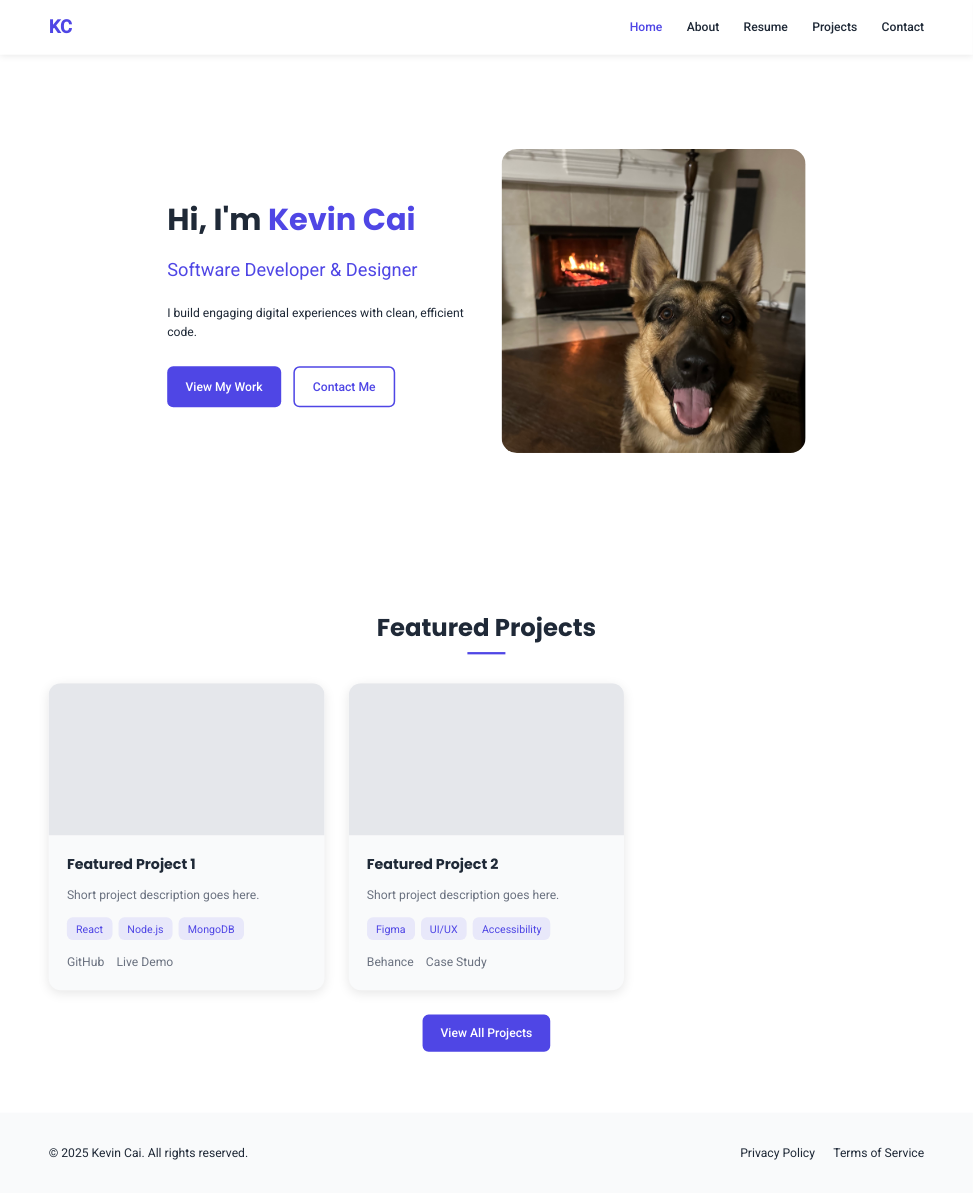
Repository: itskevbo/E-Portfolio
Page: index.html
The author's editor kept a copy of each file at every save. The page is drawn from the files as they stood at one save, then again after the next save.
The browser window is 1280 px wide. The pictures show the whole page, at 76% of full size.

Above is the page before, as saved 2025-04-22 21:36:57.

### index.html
<!DOCTYPE html>
<html lang="en">
<head>
    <meta charset="UTF-8">
    <meta name="viewport" content="width=device-width, initial-scale=1.0">
    <title>Kevin Cai | Home</title>
    <meta name="description" content="Professional portfolio showcasing my projects and skills">

    <!-- Favicon -->
    <link rel="icon" href="assets/images/favicon.ico">

    <!-- CSS -->
    <link rel="stylesheet" href="styles/main.css">

    <!-- Google Fonts (example) -->
    <link rel="preconnect" href="https://fonts.googleapis.com">
    <link rel="preconnect" href="https://fonts.gstatic.com" crossorigin>
    <link href="https://fonts.googleapis.com/css2?family=Poppins:wght@300;400;500;700&family=Roboto:wght@400;500&display=swap" rel="stylesheet">
</head>
<body>
    <!-- Header Component -->
    <header class="header" id="header">
        <div class="container">
            <div class="header__logo">
                <a href="index.html" class="logo">KC</a>
            </div>

            <nav class="header__nav" id="nav-menu">
                <ul class="header__nav-list">
                    <li class="header__nav-item"><a href="index.html" class="header__nav-link active">Home</a></li>
                    <li class="header__nav-item"><a href="pages/about.html" class="header__nav-link">About</a></li>
                    <li class="header__nav-item"><a href="pages/resume.html" class="header__nav-link">Resume</a></li>
                    <li class="header__nav-item"><a href="pages/projects.html" class="header__nav-link">Projects</a></li>
                    <li class="header__nav-item"><a href="pages/contact.html" class="header__nav-link">Contact</a></li>
                </ul>

                <div class="header__nav-toggle" id="nav-toggle">
                    <span></span>
                    <span></span>
                    <span></span>
                </div>
            </nav>
        </div>
    </header>

    <main>
        <!-- Hero Section Component -->
        <section class="hero" id="home">
            <div class="container">
                <div class="hero__content">
                    <h1 class="hero__title">Hi, I'm <span class="highlight">Kevin Cai</span></h1>
                    <p class="hero__subtitle">Software Developer & Designer</p>
                    <p class="hero__description">I build engaging digital experiences with clean, efficient code.</p>
                    <div class="hero__actions">
                        <a href="pages/projects.html" class="btn btn-primary">View My Work</a>
                        <a href="pages/contact.html" class="btn btn-outline">Contact Me</a>
                    </div>
                </div>
                <div class="hero__image" style="width: 400px; height: 400px; overflow: hidden; border-radius: 20px;">
                    <img src="assets/images/placeholder.jpeg" alt="Hero Image" class="hero__image-img" style="width: 100%; height: 100%; object-fit: cover;">
                </div>
            </div>
        </section>



        <!-- Featured Projects Preview Section -->
        <section class="section">
            <div class="container">
                <h2 class="section__title">Featured Projects</h2>
                <div class="projects__grid">
                    <!-- Only show 2 featured projects on homepage -->
                    <div class="project-card" data-category="web">
                        <div class="project-card__image">
                            <!-- Placeholder for project image -->
                            <div class="project-card__image-placeholder"></div>
                        </div>
                        <div class="project-card__content">
                            <h3 class="project-card__title">Featured Project 1</h3>
                            <p class="project-card__description">Short project description goes here.</p>
                            <div class="project-card__tags">
                                <span class="tag">React</span>
                                <span class="tag">Node.js</span>
                                <span class="tag">MongoDB</span>
                            </div>
                            <div class="project-card__links">
                                <a href="#" class="project-card__link" target="_blank">
                                    <span class="icon">GitHub</span>
                                </a>
                                <a href="#" class="project-card__link" target="_blank">
                                    <span class="icon">Live Demo</span>
                                </a>
                            </div>
                        </div>
                    </div>

                    <div class="project-card" data-category="design">
                        <div class="project-card__image">
                            <!-- Placeholder for project image -->
                            <div class="project-card__image-placeholder"></div>
                        </div>
                        <div class="project-card__content">
                            <h3 class="project-card__title">Featured Project 2</h3>
                            <p class="project-card__description">Short project description goes here.</p>
                            <div class="project-card__tags">
                                <span class="tag">Figma</span>
                                <span class="tag">UI/UX</span>
                                <span class="tag">Accessibility</span>
                            </div>
                            <div class="project-card__links">
                                <a href="#" class="project-card__link" target="_blank">
                                    <span class="icon">Behance</span>
                                </a>
                                <a href="#" class="project-card__link" target="_blank">
                                    <span class="icon">Case Study</span>
                                </a>
                            </div>
                        </div>
                    </div>
                </div>

                <div style="text-align: center; margin-top: 2rem;">
                    <a href="pages/projects.html" class="btn btn-primary">View All Projects</a>
                </div>
            </div>
        </section>
    </main>

    <!-- Footer Component -->
    <footer class="footer">
        <div class="container">
            <div class="footer__content">
                <p>&copy; 2025 Kevin Cai. All rights reserved.</p>
                <div class="footer__links">
                    <a href="#" class="footer__link">Privacy Policy</a>
                    <a href="#" class="footer__link">Terms of Service</a>
                </div>
            </div>
        </div>
    </footer>

    <!-- JS -->
    <script src="scripts/main.js"></script>
</body>
</html>

### styles/main.css
/*=============== VARIABLES ===============*/
:root {
    /* Colors */
    --primary-color: #4f46e5;
    --primary-color-alt: #4338ca;
    --secondary-color: #3b82f6;
    --accent-color: #8b5cf6;
    --text-color: #1f2937;
    --text-color-light: #6b7280;
    --body-color: #ffffff;
    --container-color: #f9fafb;
    --border-color: #e5e7eb;
    --success-color: #10b981;
    --error-color: #ef4444;

    /* Typography */
    --body-font: 'Roboto', sans-serif;
    --heading-font: 'Poppins', sans-serif;
    --h1-font-size: 2.5rem;
    --h2-font-size: 2rem;
    --h3-font-size: 1.5rem;
    --normal-font-size: 1rem;
    --small-font-size: 0.875rem;
    --smaller-font-size: 0.75rem;

    /* Font weights */
    --font-light: 300;
    --font-regular: 400;
    --font-medium: 500;
    --font-bold: 700;

    /* Z-index */
    --z-tooltip: 10;
    --z-fixed: 100;

    /* Transitions */
    --transition: all 0.3s ease;
}

/*=============== BASE ===============*/
* {
    margin: 0;
    padding: 0;
    box-sizing: border-box;
}

html {
    scroll-behavior: smooth;
}

body {
    font-family: var(--body-font);
    font-size: var(--normal-font-size);
    color: var(--text-color);
    background-color: var(--body-color);
    line-height: 1.6;
}

h1, h2, h3 {
    font-family: var(--heading-font);
    font-weight: var(--font-bold);
    color: var(--text-color);
}

ul {
    list-style: none;
}

a {
    text-decoration: none;
    color: var(--text-color);
    transition: var(--transition);
}

a:hover {
    color: var(--primary-color);
}

img {
    max-width: 100%;
    height: auto;
}

button,
input,
textarea {
    font-family: var(--body-font);
    font-size: var(--normal-font-size);
    outline: none;
    border: none;
}

button {
    cursor: pointer;
    background: none;
}

/*=============== REUSABLE CLASSES ===============*/
.container {
    max-width: 1200px;
    margin: 0 auto;
    padding: 0 1.5rem;
}

.section {
    padding: 5rem 0;
}

.section__title {
    font-size: var(--h2-font-size);
    text-align: center;
    margin-bottom: 3rem;
    position: relative;
}

.section__title::after {
    content: '';
    position: absolute;
    width: 50px;
    height: 3px;
    background-color: var(--primary-color);
    bottom: -10px;
    left: 50%;
    transform: translateX(-50%);
}

.highlight {
    color: var(--primary-color);
}

.grid {
    display: grid;
    gap: 1.5rem;
}

/*=============== BUTTONS ===============*/
.btn {
    display: inline-flex;
    align-items: center;
    justify-content: center;
    padding: 0.75rem 1.5rem;
    border-radius: 0.5rem;
    font-weight: var(--font-medium);
    transition: var(--transition);
}

.btn-primary {
    background-color: var(--primary-color);
    color: white;
}

.btn-primary:hover {
    background-color: var(--primary-color-alt);
    color: white;
}

.btn-outline {
    border: 2px solid var(--primary-color);
    color: var(--primary-color);
}

.btn-outline:hover {
    background-color: var(--primary-color);
    color: white;
}

/*=============== HEADER & NAV ===============*/
.header {
    position: fixed;
    top: 0;
    left: 0;
    width: 100%;
    background-color: var(--body-color);
    box-shadow: 0 2px 10px rgba(0, 0, 0, 0.1);
    z-index: var(--z-fixed);
}

.header .container {
    display: flex;
    align-items: center;
    justify-content: space-between;
    height: 4.5rem;
}

.header__logo .logo {
    font-size: 1.5rem;
    font-weight: var(--font-bold);
    color: var(--primary-color);
}

.header__nav {
    display: flex;
    align-items: center;
}

.header__nav-list {
    display: flex;
    gap: 2rem;
}

.header__nav-link {
    font-weight: var(--font-medium);
}

.header__nav-link.active {
    color: var(--primary-color);
}

.header__nav-toggle {
    display: none;
    flex-direction: column;
    gap: 5px;
    cursor: pointer;
}

.header__nav-toggle span {
    width: 25px;
    height: 2px;
    background-color: var(--text-color);
    transition: var(--transition);
}

/*=============== HERO ===============*/
.hero {
    min-height: 100vh;
    display: flex;
    align-items: center;
    padding-top: 4.5rem;
}

.hero .container {
    display: grid;
    grid-template-columns: 1fr 1fr;
    align-items: center;
    gap: 2.5rem;
}

.hero__title {
    font-size: var(--h1-font-size);
    margin-bottom: 1rem;
}

.hero__subtitle {
    font-size: var(--h3-font-size);
    color: var(--primary-color);
    margin-bottom: 1.5rem;
}

.hero__description {
    margin-bottom: 2rem;
    max-width: 400px;
}

.hero__actions {
    display: flex;
    gap: 1rem;
}

.hero__image-placeholder {
    background-color: var(--border-color);
    border-radius: 1rem;
    height: 400px;
    width: 100%;
}

/*=============== ABOUT ===============*/
.about__content {
    display: grid;
    grid-template-columns: 1fr 1fr;
    gap: 2.5rem;
    align-items: center;
}

.about__text p {
    margin-bottom: 1.5rem;
}

.about__image-placeholder {
    background-color: var(--border-color);
    border-radius: 1rem;
    height: 400px;
    width: 100%;
}

/*=============== PROJECTS ===============*/
.projects__filter {
    display: flex;
    justify-content: center;
    flex-wrap: wrap;
    gap: 1rem;
    margin-bottom: 2rem;
}

.projects__filter-btn {
    padding: 0.5rem 1.5rem;
    border-radius: 0.5rem;
    color: var(--text-color);
    font-weight: var(--font-medium);
    transition: var(--transition);
}

.projects__filter-btn:hover,
.projects__filter-btn.active {
    background-color: var(--primary-color);
    color: white;
}

.projects__grid {
    display: grid;
    grid-template-columns: repeat(auto-fill, minmax(280px, 1fr));
    gap: 2rem;
}

.project-card {
    background-color: var(--container-color);
    border-radius: 1rem;
    overflow: hidden;
    box-shadow: 0 4px 15px rgba(0, 0, 0, 0.1);
    transition: var(--transition);
}

.project-card:hover {
    transform: translateY(-10px);
    box-shadow: 0 10px 25px rgba(0, 0, 0, 0.2);
}

.project-card__image-placeholder {
    background-color: var(--border-color);
    height: 200px;
    width: 100%;
}

.project-card__content {
    padding: 1.5rem;
}

.project-card__title {
    margin-bottom: 0.75rem;
}

.project-card__description {
    color: var(--text-color-light);
    margin-bottom: 1rem;
}

.project-card__tags {
    display: flex;
    flex-wrap: wrap;
    gap: 0.5rem;
    margin-bottom: 1rem;
}

.tag {
    background-color: rgba(79, 70, 229, 0.1);
    color: var(--primary-color);
    padding: 0.25rem 0.75rem;
    border-radius: 0.5rem;
    font-size: var(--small-font-size);
}

.project-card__links {
    display: flex;
    gap: 1rem;
}

.project-card__link {
    color: var(--text-color-light);
}

.project-card__link:hover {
    color: var(--primary-color);
}

/*=============== SKILLS ===============*/
.skills__content {
    display: grid;
    grid-template-columns: repeat(auto-fit, minmax(300px, 1fr));
    gap: 2rem;
}

.skills__category-title {
    margin-bottom: 1.5rem;
    position: relative;
    display: inline-block;
    padding-left: 1rem;
}

.skills__category-title::before {
    content: '';
    position: absolute;
    width: 3px;
    height: 100%;
    background-color: var(--primary-color);
    left: 0;
    top: 0;
}

.skills__list {
    display: grid;
    gap: 1rem;
}

.skill-item {
    display: grid;
    gap: 0.5rem;
}

.skill-item__name {
    display: flex;
    justify-content: space-between;
}

.skill-item__bar {
    width: 100%;
    height: 8px;
    background-color: var(--border-color);
    border-radius: 1rem;
    overflow: hidden;
}

.skill-item__progress {
    height: 100%;
    background-color: var(--primary-color);
    border-radius: 1rem;
}

/*=============== CONTACT ===============*/
.contact__content {
    display: grid;
    grid-template-columns: 1fr 2fr;
    gap: 2.5rem;
}

.contact__info {
    display: grid;
    gap: 2rem;
}

.contact__info-item {
    display: flex;
    align-items: center;
    gap: 1rem;
}

.contact__social {
    display: flex;
    gap: 1rem;
}

.contact__social-link {
    display: flex;
    align-items: center;
    justify-content: center;
    width: 40px;
    height: 40px;
    border-radius: 50%;
    background-color: var(--container-color);
    color: var(--text-color);
    transition: var(--transition);
}

.contact__social-link:hover {
    background-color: var(--primary-color);
    color: white;
}

.contact__form {
    display: grid;
    gap: 1.5rem;
}

.form-group {
    display: grid;
    gap: 0.5rem;
}

.form-group label {
    font-weight: var(--font-medium);
}

.form-group input,
.form-group textarea {
    width: 100%;
    padding: 0.75rem 1rem;
    border: 1px solid var(--border-color);
    border-radius: 0.5rem;
    background-color: var(--container-color);
    transition: var(--transition);
}

.form-group input:focus,
.form-group textarea:focus {
    border-color: var(--primary-color);
}

.form-group textarea {
    height: 150px;
    resize: none;
}

/*=============== FOOTER ===============*/
.footer {
    background-color: var(--container-color);
    padding: 2.5rem 0;
}

.footer__content {
    display: flex;
    justify-content: space-between;
    align-items: center;
}

.footer__links {
    display: flex;
    gap: 1.5rem;
}

/*=============== MEDIA QUERIES ===============*/
/* For medium devices */
@media screen and (max-width: 968px) {
    :root {
        --h1-font-size: 2.25rem;
        --h2-font-size: 1.75rem;
        --h3-font-size: 1.25rem;
    }

    .hero .container,
    .about__content {
        grid-template-columns: 1fr;
    }

    .hero__image {
        grid-row: 1;
    }

    .contact__content {
        grid-template-columns: 1fr;
    }
}

/* For small devices */
@media screen and (max-width: 768px) {
    .header__nav-list {
        position: fixed;
        top: 4.5rem;
        right: -100%;
        background-color: var(--body-color);
        width: 80%;
        height: 100vh;
        flex-direction: column;
        align-items: center;
        justify-content: center;
        padding: 3rem 0;
        box-shadow: -5px 0 15px rgba(0, 0, 0, 0.1);
        transition: var(--transition);
    }

    .header__nav-list.show-menu {
        right: 0;
    }

    .header__nav-toggle {
        display: flex;
    }

    .header__nav-toggle.active span:nth-child(1) {
        transform: rotate(45deg) translate(5px, 5px);
    }

    .header__nav-toggle.active span:nth-child(2) {
        opacity: 0;
    }

    .header__nav-toggle.active span:nth-child(3) {
        transform: rotate(-45deg) translate(5px, -5px);
    }

    .footer__content {
        flex-direction: column;
        gap: 1rem;
    }
}

/* For smaller devices */
@media screen and (max-width: 350px) {
    :root {
        --h1-font-size: 2rem;
        --h2-font-size: 1.5rem;
        --h3-font-size: 1.25rem;
    }

    .container {
        padding: 0 1rem;
    }

    .hero__actions {
        flex-direction: column;
        width: 100%;
    }

    .hero__actions .btn {
        width: 100%;
        text-align: center;
    }

    .projects__filter {
        flex-direction: column;
        width: 100%;
    }
}

Loaded but not shown: scripts/main.js (180 lines, source omitted)

After the next save:
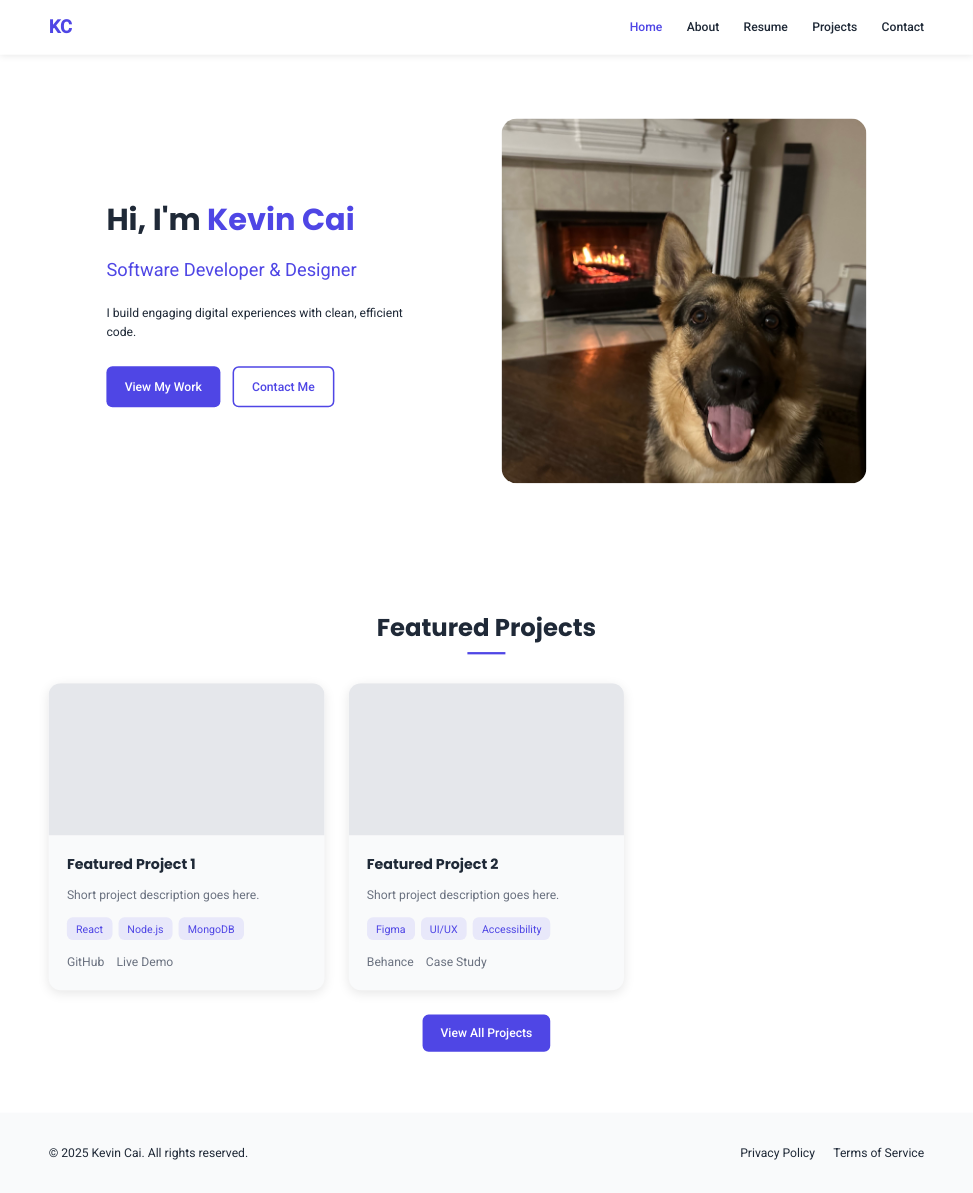
Saved 7 s later.
--- a/index.html
+++ b/index.html
@@ -56,7 +56,7 @@
                         <a href="pages/contact.html" class="btn btn-outline">Contact Me</a>
                     </div>
                 </div>
-                <div class="hero__image" style="width: 400px; height: 400px; overflow: hidden; border-radius: 20px;">
+                <div class="hero__image" style="width: 480px; height: 480px; overflow: hidden; border-radius: 20px;">
                     <img src="assets/images/placeholder.jpeg" alt="Hero Image" class="hero__image-img" style="width: 100%; height: 100%; object-fit: cover;">
                 </div>
             </div>
